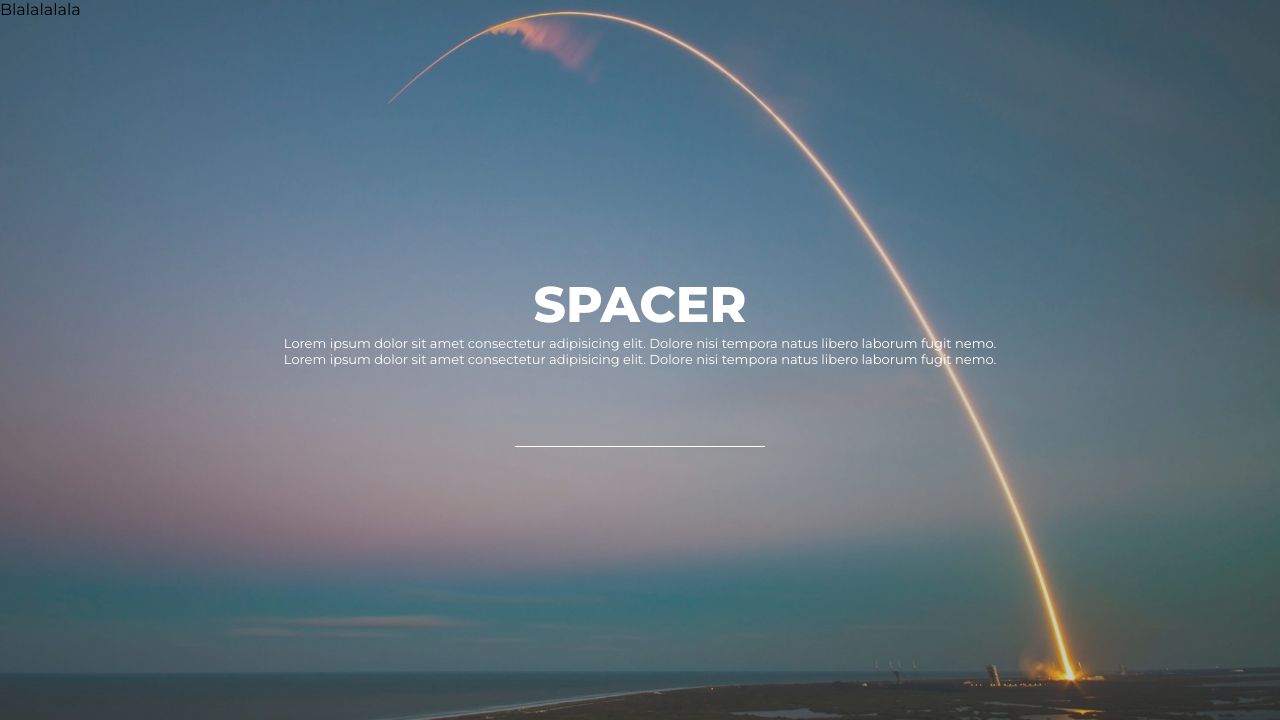
Repository: Trelefele/spacer-roman
Page: /
These files come from the project's save history. The page is drawn as it stood at one moment and after a run of saves; the edit follows.
The browser window is 1280 px wide. The pictures show the whole page.
The project was rebuilt for these pictures with package versions that can differ from the ones it lists, and the page was loaded fresh each time.

Above is the page before, as saved 2019-02-05 19:34:08.

After the next 4 saves:
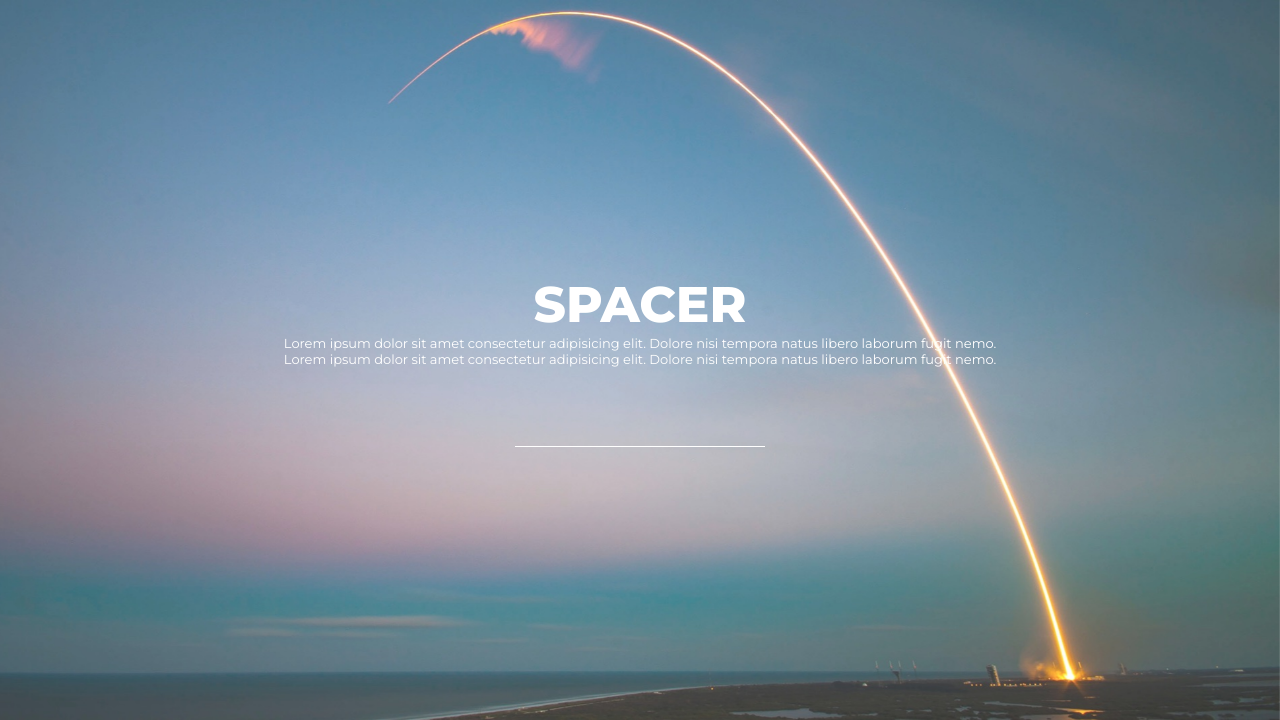
The 4 saves are shown as one change because they came seconds apart.
The last was saved 17 s later.
--- a/src/components/HeroImage.vue
+++ b/src/components/HeroImage.vue
@@ -21,8 +21,8 @@
     background-position: 80%, 0%;
 }
 .heroImage::after {
-    content: 'Blalalalala';
-    background: rgba(0,0,0, .2);
+    content: '';
+    background: rgba(0,0,0, .0);
     position: absolute;
     top: 0;
     left: 0;

After the save that followed:
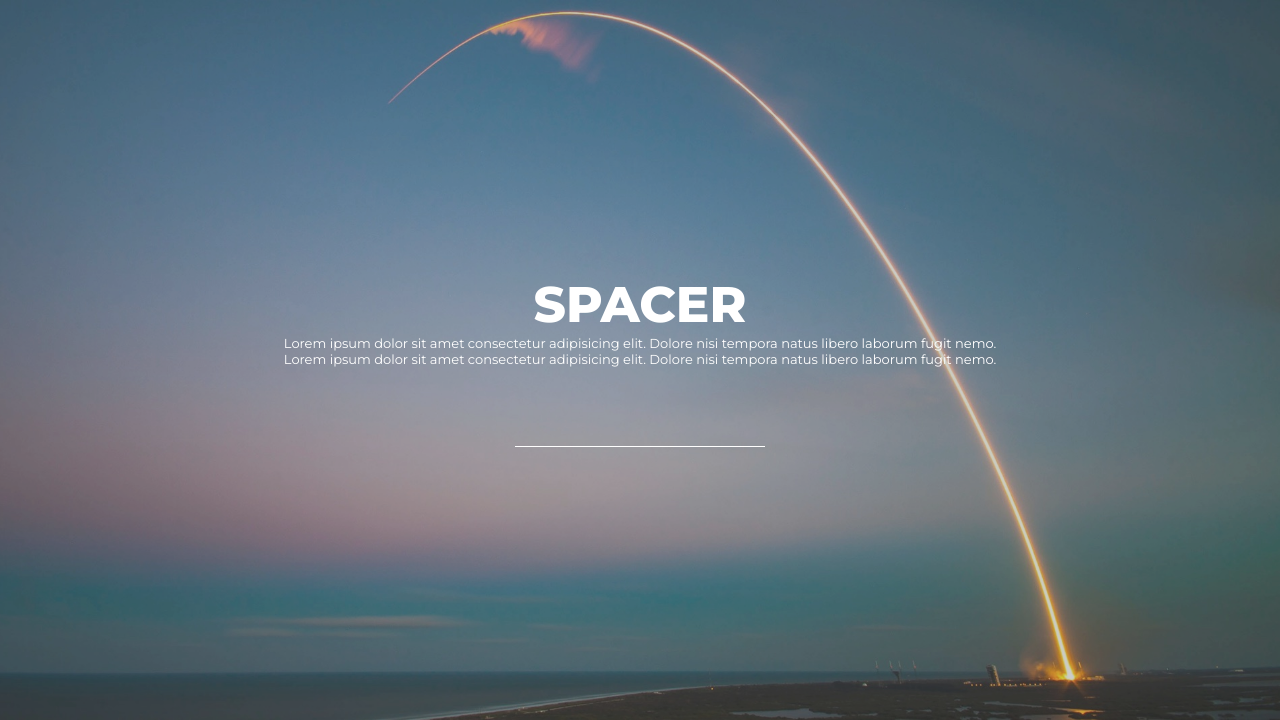
Saved 4 s later.
--- a/src/components/HeroImage.vue
+++ b/src/components/HeroImage.vue
@@ -22,7 +22,7 @@
 }
 .heroImage::after {
     content: '';
-    background: rgba(0,0,0, .0);
+    background: rgba(0,0,0, .2);
     position: absolute;
     top: 0;
     left: 0;
